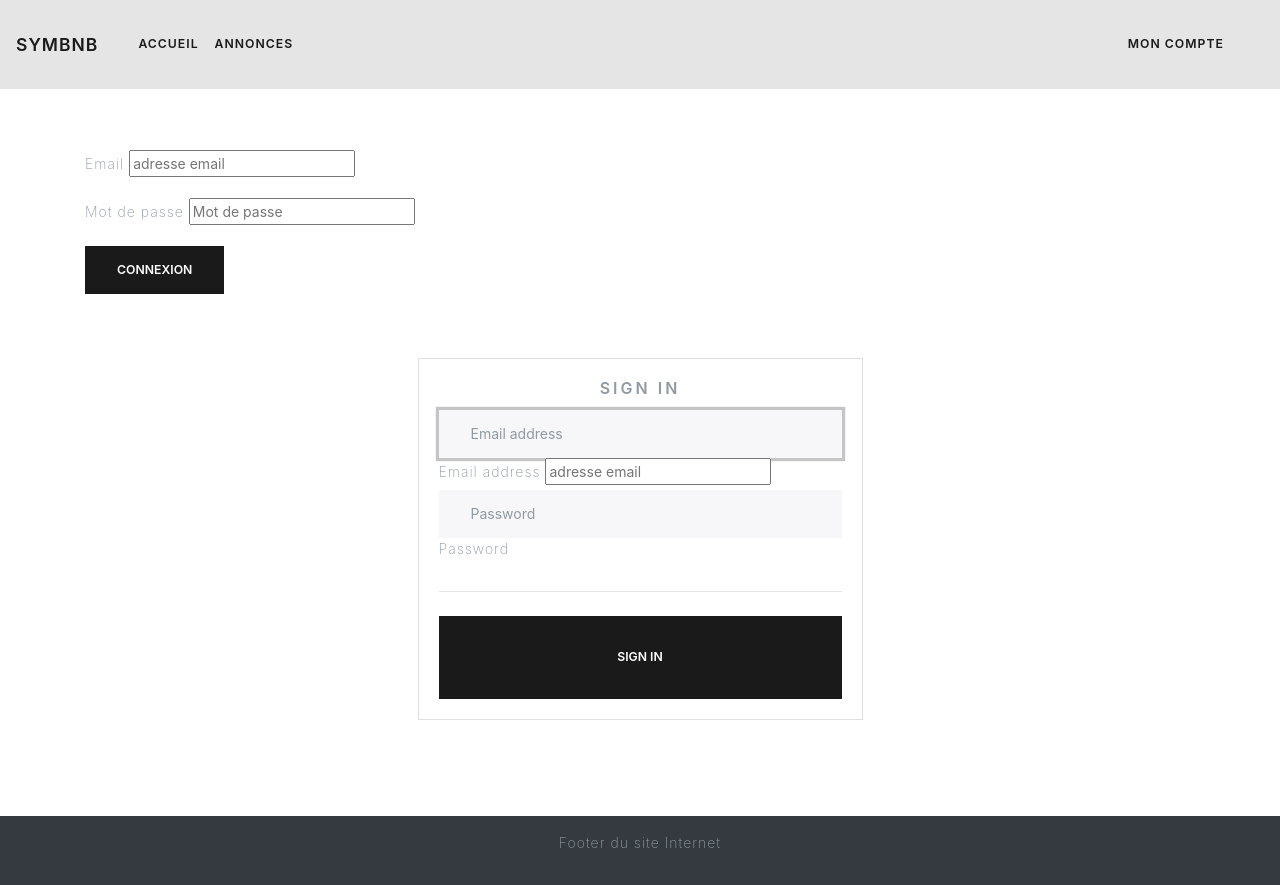
Repository: buzzEclair/symbnb
Page: templates/account/login.html.twig
These files come from the project's save history. The page is drawn as it stood at one moment and after the next save; the edit follows.
The browser window is 1280 px wide. The pictures show the whole page.
Some web fonts or font styles are not loaded; a fallback is used. The page is a Twig template of a Symfony application; nobody is signed in and links lead nowhere. The template is opened directly, without the code that normally fills it, so the values that code supplies are empty.

Above is the page before, as saved 2019-03-03 17:03:31.

After the next save:
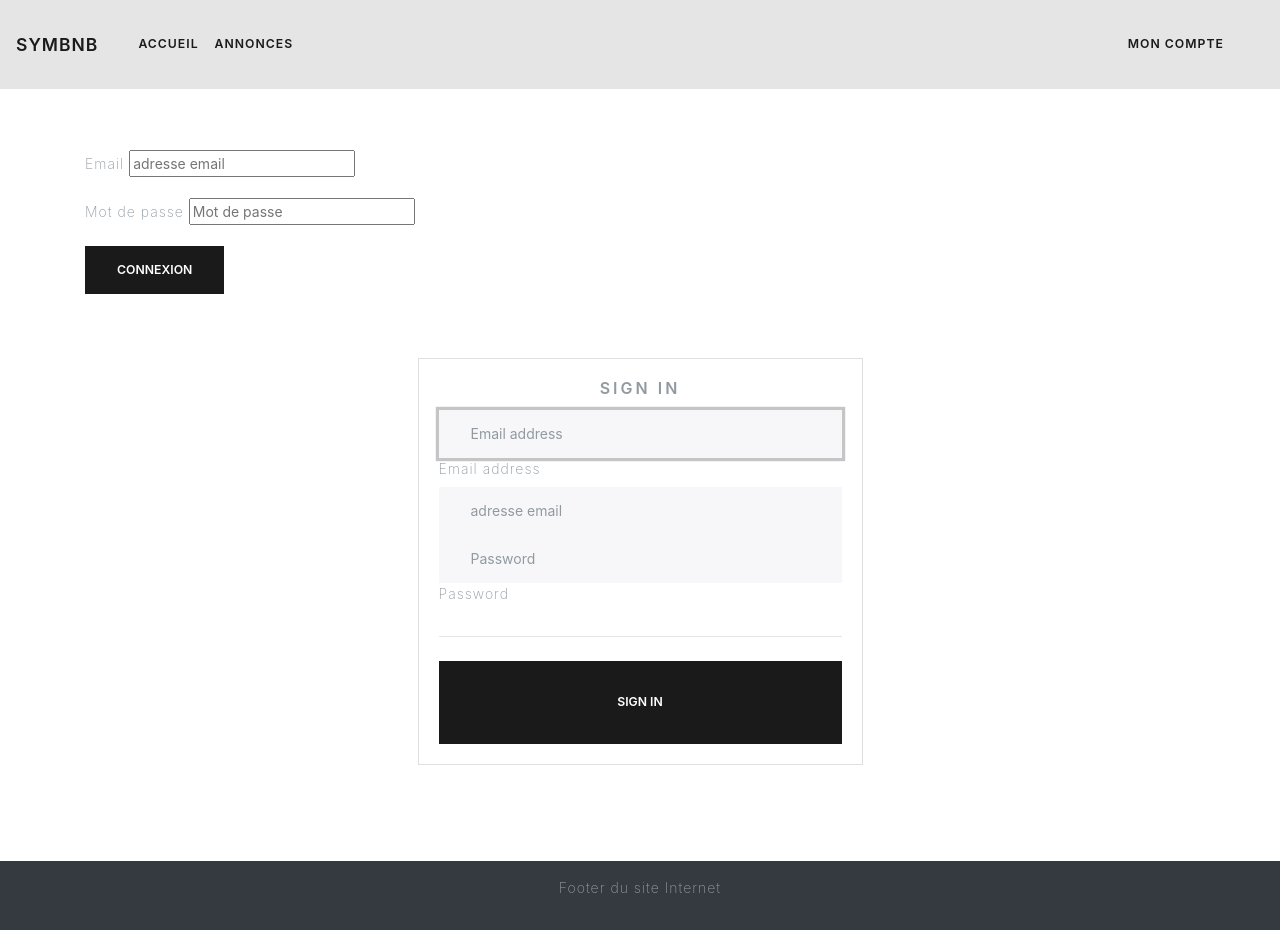
Saved 36 s later.
--- a/templates/account/login.html.twig
+++ b/templates/account/login.html.twig
@@ -25,8 +25,10 @@
             <form class="form-signin">
             <div class="form-label-group">
                 <input type="email" id="inputEmail" class="form-control" placeholder="Email address" required autofocus>
+
                 <label for="email">Email address</label>
-                <input type="text" name="_username" id="email" placeholder="adresse email">
+
+                <input type="text" class="form-control" name="_username" id="email" placeholder="adresse email">
             </div>
 
             <div class="form-label-group">
